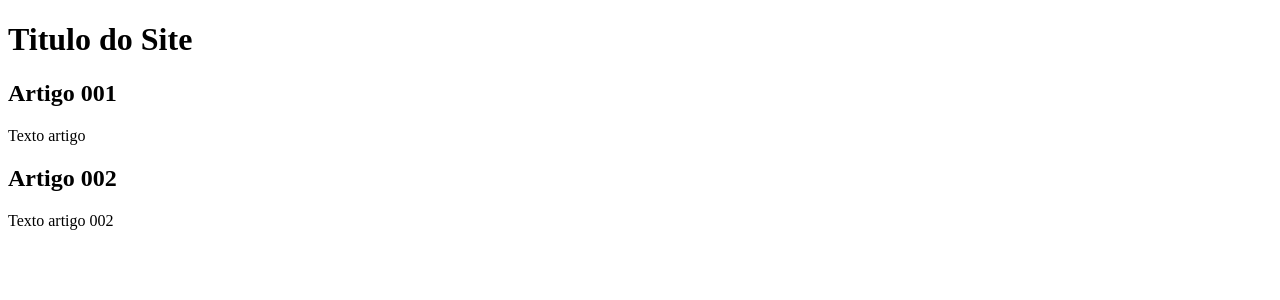
Repository: robertacristinaabreu01/projeto-siteGitHub
Page: index.html
The author's editor kept a copy of each file at every save. The page is drawn from the files as they stood at one save, then again after the next save.
The browser window is 1280 px wide. The pictures show the whole page.

Above is the page before, as saved 2021-01-23 21:38:27.

After the next save:
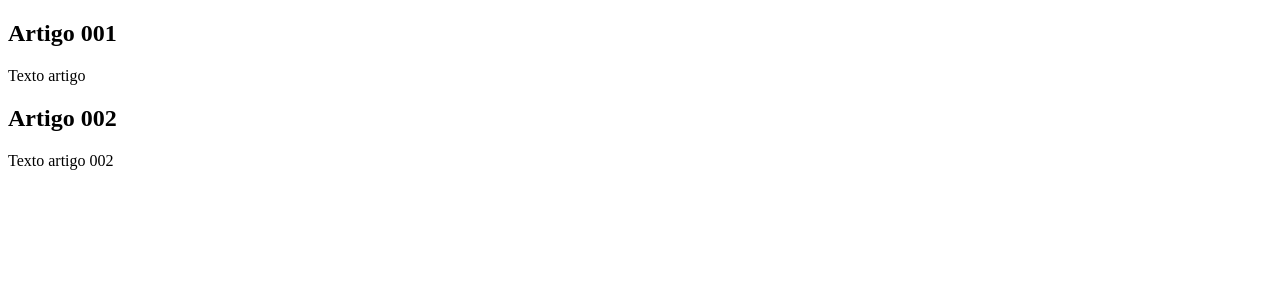
Saved 12 s later.
--- a/index.html
+++ b/index.html
@@ -10,7 +10,7 @@
 <body>
     <main>
         <header>
-            <h1>Titulo do Site</h1>
+            <h1</h1>
         </header>
         <article>
             <h1>Artigo 001</h1>
